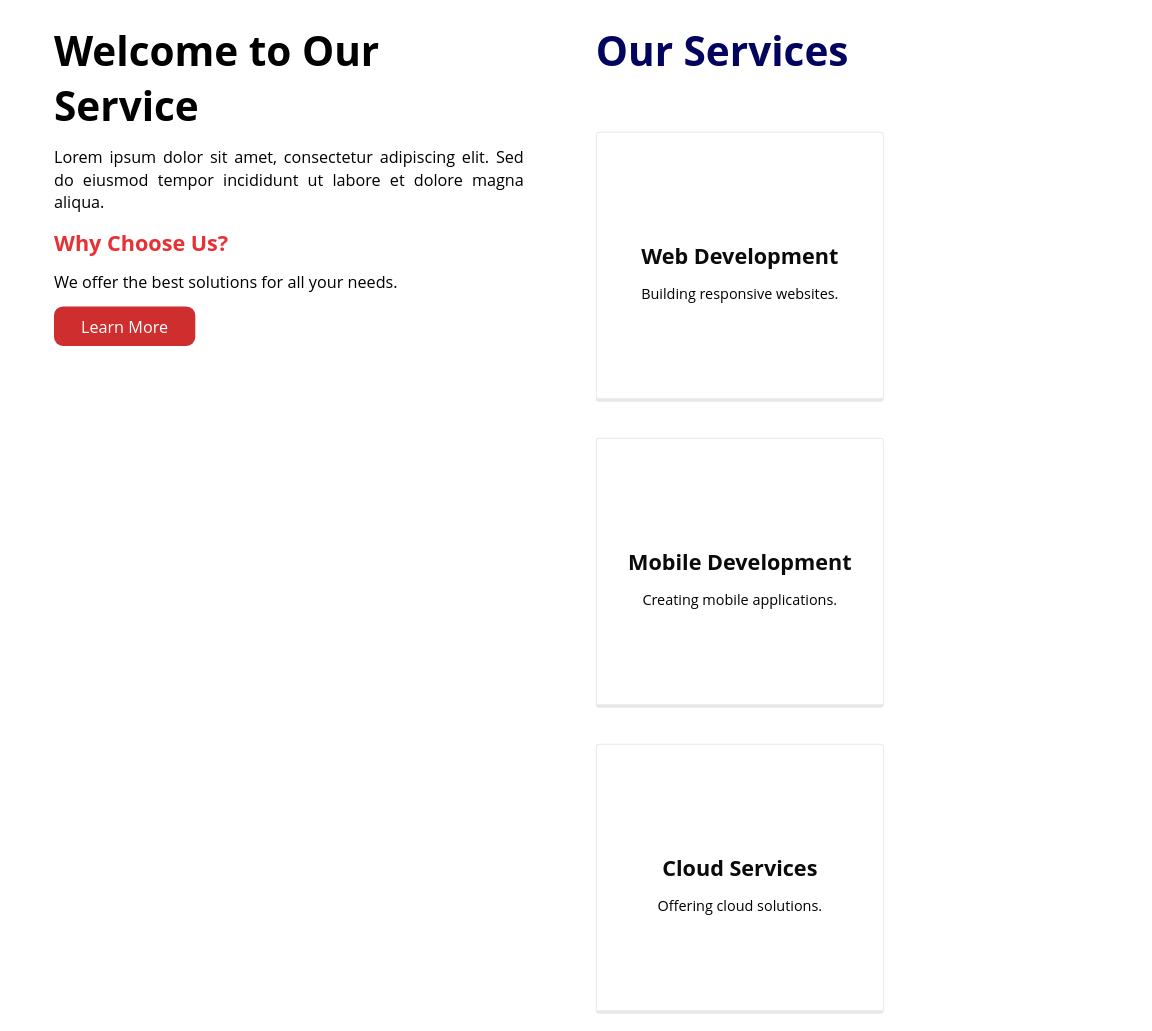
Repository: viveknaidu007/repo-152-FSD-InnomaticsTasksSep2024
Page: task_5/demo/index.html
These files come from the project's save history. The page is drawn as it stood at one moment and after the next save; the edit follows.
The browser window is 1280 px wide. The pictures show the part of the page from y = 706 to 1852 px (the page is 1852 px tall), at 90% of full size.

Above is the page before, as saved 2024-10-02 15:42:28.

### task_5/demo/index.html
<!DOCTYPE html>
<html lang="en">
<head>
  <meta charset="UTF-8">
  <meta name="viewport" content="width=device-width, initial-scale=1.0">
  <title>Sample Page</title>
  <link rel="stylesheet" href="styles.css">
</head>
<body>

  <!-- Navigation Bar -->
  <nav class="menu">
    <div class="menu-header">
      <h1>FOR ENQUIRY</h1>
      <button>Sign Up <i class="fas fa-user"></i></button>
      <p>Contact us at : <span>9912348535</span></p>
    </div>

    <div class="menu-bar">
      <img src="img3.jpg" alt="Logo">
      <div class="menu-links">
        <a href="#home">Home</a>
        <a href="#about">About</a>
        <a href="#services">Services</a>
        <a href="#contact">Contact</a>
      </div>
      <button>Get Started <i class="fas fa-arrow-right"></i></button>
    </div>
  </nav>

  <!-- Banner Section -->
  <section class="banner-container">
    <img src="img.jpg" alt="Banner Image">
  </section>

  <!-- Main Content Section -->
  <section class="content-wrapper">
    <div class="left-content">
      <h1>Welcome to Our Service</h1>
      <p>Lorem ipsum dolor sit amet, consectetur adipiscing elit. Sed do eiusmod tempor incididunt ut labore et dolore magna aliqua.</p>
      <h2 class="highlight-color">Why Choose Us?</h2>
      <p>We offer the best solutions for all your needs.</p>
      <button>Learn More</button>
    </div>

    <div class="right-content">
      <h1>Our Services</h1>
      <div class="box-layout">
        <div class="box-item">
          <i class="fas fa-laptop"></i>
          <h2>Web Development</h2>
          <p>Building responsive websites.</p>
        </div>
        <div class="box-item">
          <i class="fas fa-mobile-alt"></i>
          <h2>Mobile Development</h2>
          <p>Creating mobile applications.</p>
        </div>
        <div class="box-item">
          <i class="fas fa-cloud"></i>
          <h2>Cloud Services</h2>
          <p>Offering cloud solutions.</p>
        </div>
      </div>
    </div>
  </section>

</body>
</html>

### task_5/demo/styles.css

* {
    margin: 0;
    padding: 0;
    box-sizing: border-box;
    scroll-behavior: smooth;
    font-family: "Open Sans", sans-serif;
}

:root {
    --main-color: #cf2e2e;
    --highlight-color: #e63135;
}

.menu {
    position: sticky;
    z-index: 1000;
    top: 0;
    width: 100%;
    background-color: white;
}

.menu-header {
    background-color: var(--main-color);
    color: white;
    display: flex;
    align-items: center;
    padding: 5px;
}

.menu-header h1 {
    margin-left: 60px;
    font-size: 18px;
}

.menu-header-large {
    display: flex;
    align-items: center;
}

.menu-header-small {
    display: none;
}

.menu-header-medium {
    display: none;
}

.menu-header button {
    background-color: black;
    color: white;
    border: 2px solid white;
    margin-left: 60px;
    padding: 6px;
    font-size: 16px;
    border-radius: 12px;
}

.menu-header button i {
    color: var(--main-color);
}

.menu-header p {
    margin-left: 400px;
    font-size: 18px;
}

.menu-header p span {
    font-weight: bold;
}

.menu-bar {
    display: flex;
    align-items: center;
    border-bottom: 2px solid grey;
}

.menu-bar img {
    width: 350px;
    height: 80px;
    margin-left: 80px;
}

.menu-links {
    display: flex;
    gap: 20px;
    margin-left: 200px;
    font-size: 18px;
    font-weight: bold;
}

.menu-links-small {
    display: none;
}

.menu-bar button {
    background: #000;
    color: white;
    border-radius: 12px;
    padding: 10px 20px;
    display: flex;
    gap: 5px;
    font-size: 18px;
    font-weight: bold;
    margin-left: 150px;
    display: flex;
    align-items: center;
    gap: 4px;
}

.menu-bar button:hover {
    background-color: white;
    color: black;
}

.banner-container img {
    width: 100%;
    height: 80vh;
    background-position: center;
    background-size: cover;
}

.content-wrapper {
    display: flex;
    gap: 80px;
    padding: 20px 60px;
}

.left-content {
    width: 45%;
}

.left-content h1 {
    font-size: 45px;
    font-weight: bold;
    margin-bottom: 15px;
}

.left-content p {
    font-size: 18px;
    text-align: justify;
    line-height: 25px;
}

.font-weight-bold {
    font-weight: bold;
}

.highlight-color {
    color: var(--highlight-color);
    font-weight: bold;
}

.left-content h2 {
    font-size: 24px;
    margin: 15px 0;
}

.left-content button {
    background: var(--main-color);
    border: none;
    padding: 10px 30px;
    font-size: 18px;
    font-weight: normal;
    color: white;
    border-radius: 10px;
    margin-top: 15px;
    margin-bottom: 20px;
}

.left-content button:hover {
    background: white;
    border: 2px solid var(--main-color);
    color: var(--main-color);
}

.right-content {
    width: 45%;
}

.right-content h1 {
    font-size: 45px;
    font-weight: bold;
    margin-bottom: 15px;
    color: #03045e;
}

.box-layout {
    display: flex;
    flex-wrap: wrap;
    gap: 40px;
    margin-top: 60px;
}

.box-item {
    width: 320px;
    height: 300px;
    display: flex;
    flex-direction: column;
    justify-content: center;
    align-items: center;
    gap: 15px;
    border: 1px solid #e7e7e7;
    padding: 10px;
    border-radius: 4px;
    border-bottom: 4px solid #e7e7e7;
    transition: all 300ms ease-in-out;
}

.box-item:hover {
    border-bottom: 4px solid var(--highlight-color);
}

.box-item h2 {
    text-align: center;
    color: #0b0b0c;
}

.box-item p {
    text-align: center;
}

.box-item i {
    color: var(--highlight-color);
    font-size: 45px;
}

After the next save:
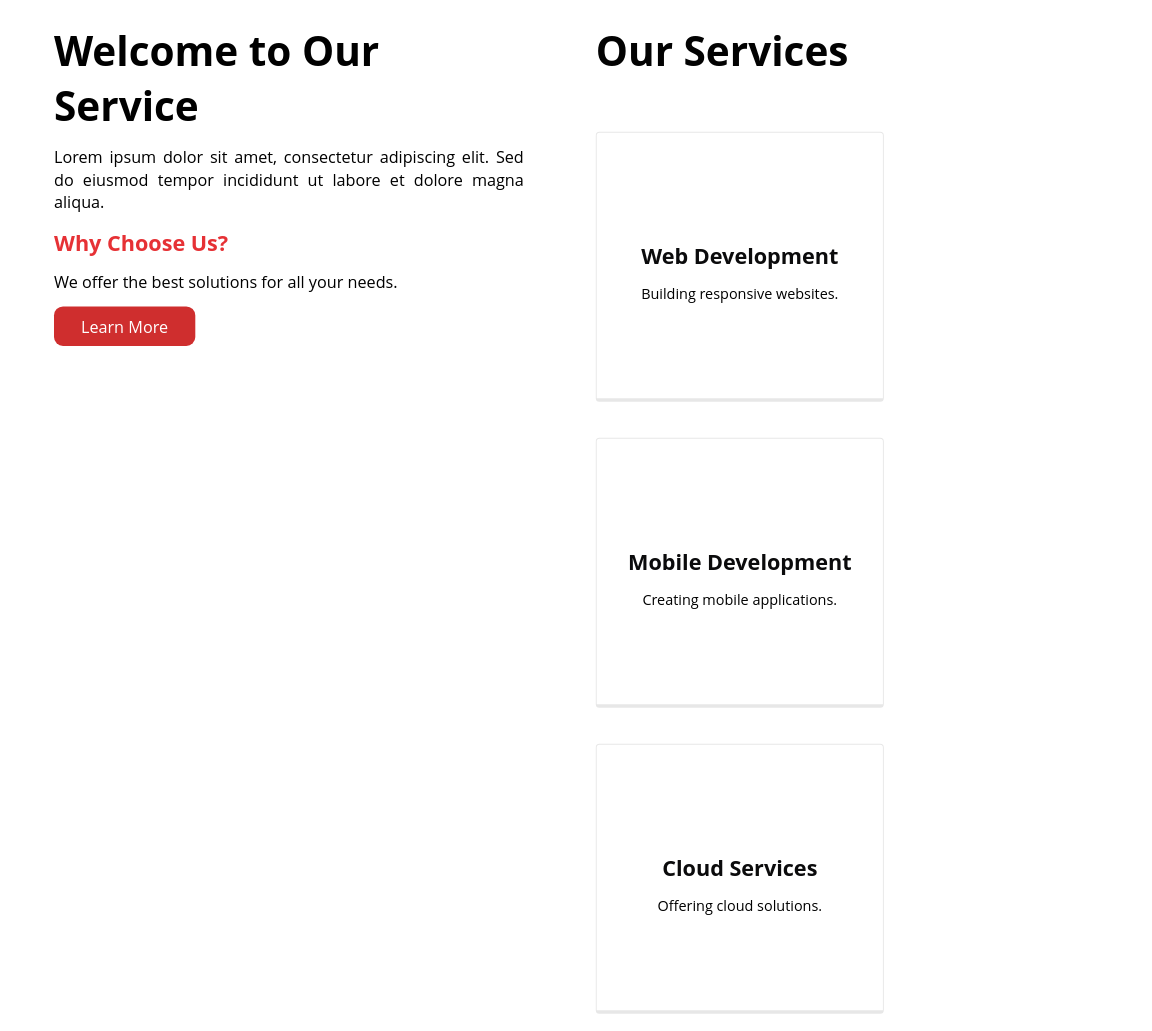
Saved 42 s later.
--- a/task_5/demo/styles.css
+++ b/task_5/demo/styles.css
@@ -182,7 +182,7 @@
     font-size: 45px;
     font-weight: bold;
     margin-bottom: 15px;
-    color: #03045e;
+    color: #020202;
 }
 
 .box-layout {
